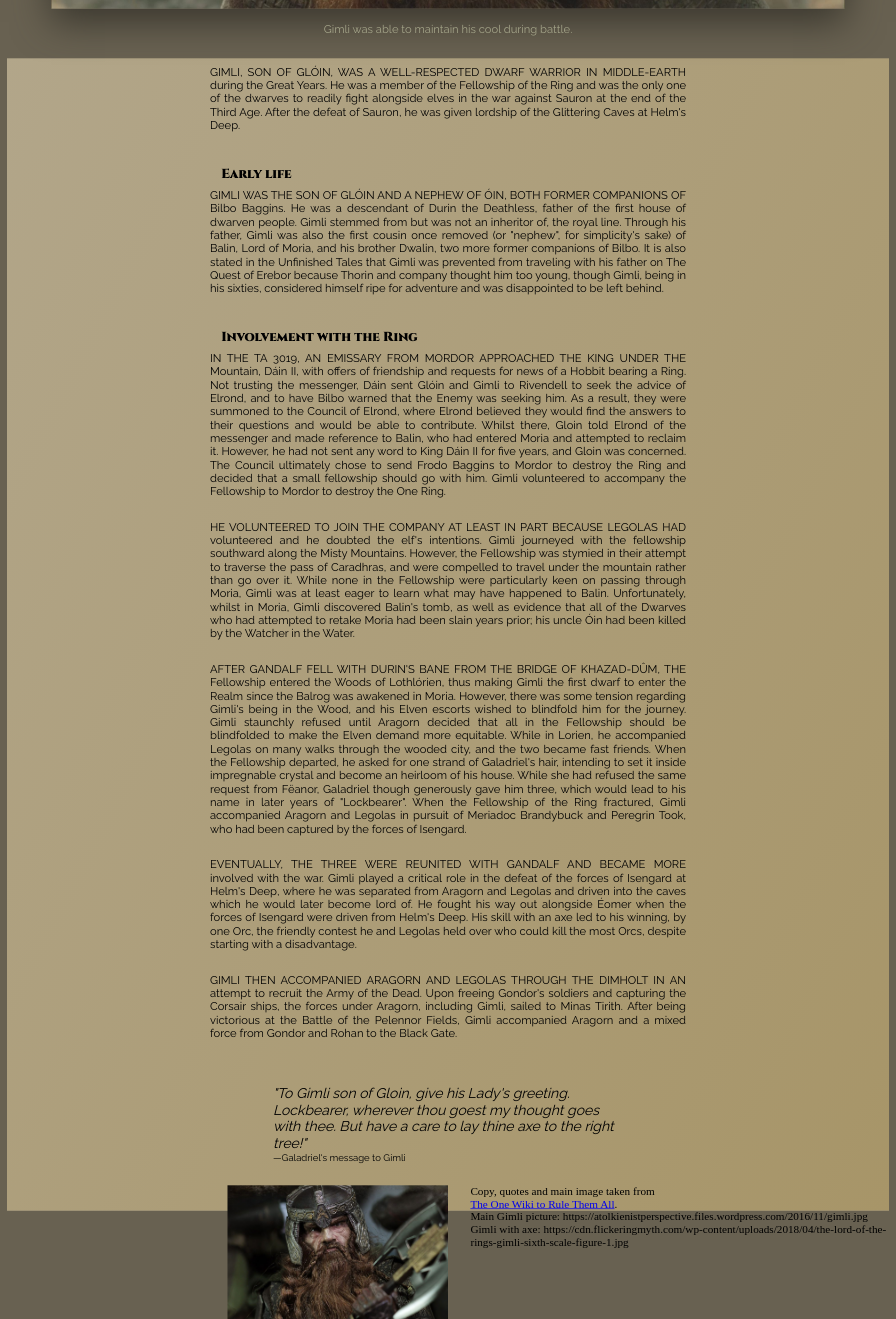
Repository: Colo-Codes/freecodecamp-01-Build-a-Tribute-Page
Page: index.html
An editor plug-in stored every save of this project. The page is shown before and after the next save, followed by the edit.
The browser window is 1280 px wide. The pictures show the part of the page from y = 916 to 2836 px (the page is 2800 px tall before and 2836 px after), at 70% of full size.

Above is the page before, as saved 2021-05-18 08:44:29.

After the next save:
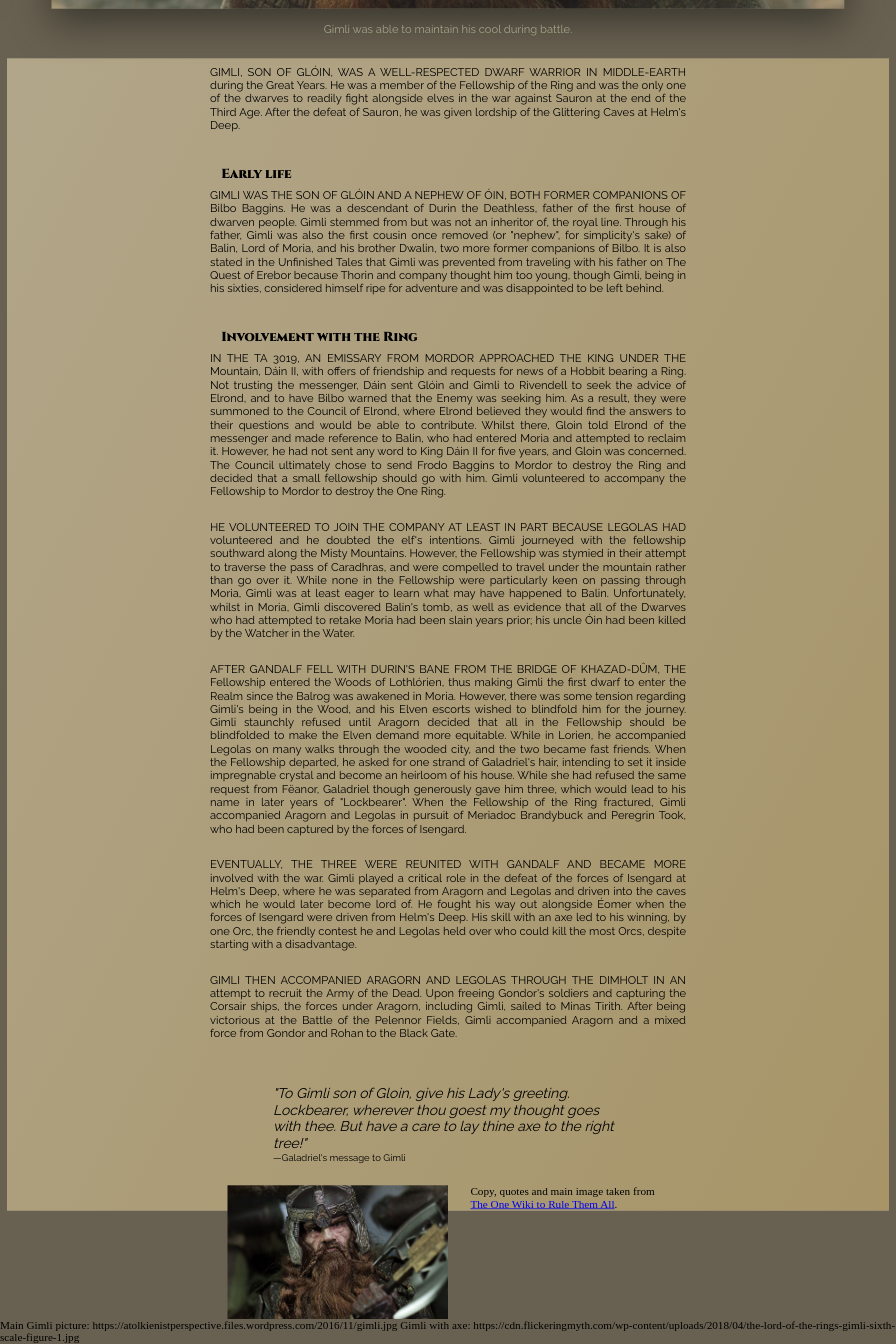
Saved 13 s later.
--- a/resources/css/index.css
+++ b/resources/css/index.css
@@ -101,6 +101,7 @@
     margin-right: 2rem;
 }
 footer {
+    clear: left;
     display: block;
 }
 /*********************************************************/
